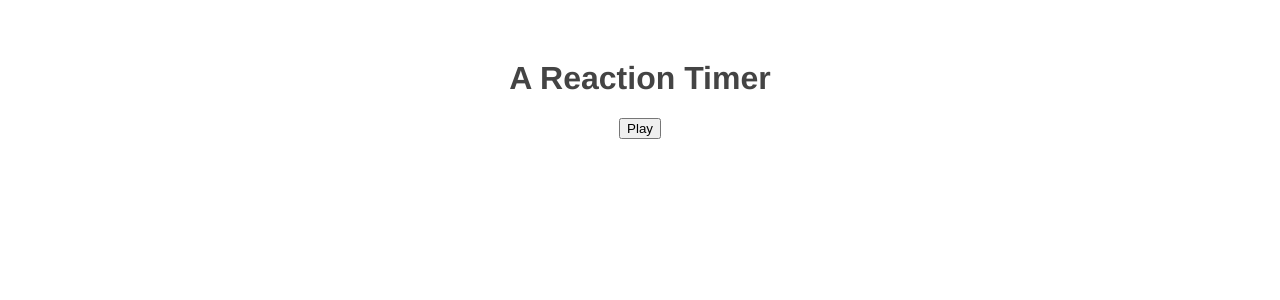
Repository: qudos4real/reaction-timer
Page: /
An editor plug-in stored every save of this project. The page is shown before and after the next save, followed by the edit.
The browser window is 1280 px wide. The pictures show the whole page.
The project was rebuilt for these pictures with package versions that can differ from the ones it lists, and the page was loaded fresh each time. Also part of the build but not shown: vue.config.js, src/components/Block.vue, src/components/Results.vue.

Above is the page before, as saved 2022-12-27 23:55:28.

### src/App.vue
<template>
 <h1>A Reaction Timer</h1>
 <button class="btn" @click="start" v-bind:disabled="isPlaying">Play</button>
 <Block v-if="isPlaying" :delay="delay" @end="endGame"/>
 <Results v-if="showResult" :score="score"/>
</template>

<script>
import Block from './components/Block.vue';
import Results from './components/Results.vue';

export default {
  name: 'App',
  components: {
    Block,
    Results
  },
  data() {
    return {
      isPlaying: false,
      delay: null,
      score: null,
      showResult: false,
    }
  },
  methods: {
    start() {
      this.isPlaying = true;
      this.delay = 1000 + Math.random() * 4000;
      this.isPlaying = true;
      this.showResult = false;
    },
    endGame(reactionTime) {
      this.isPlaying = false;
      this.score = reactionTime;
      this.showResult = true;
    }
  }
}
</script>

<style>
#app {
  font-family: Avenir, Helvetica, Arial, sans-serif;
  -webkit-font-smoothing: antialiased;
  -moz-osx-font-smoothing: grayscale;
  text-align: center;
  color: #444;
  margin-top: 60px;
}
</style>

Loaded but not shown: public/index.html (common file); src/main.js (common file)

After the next save:
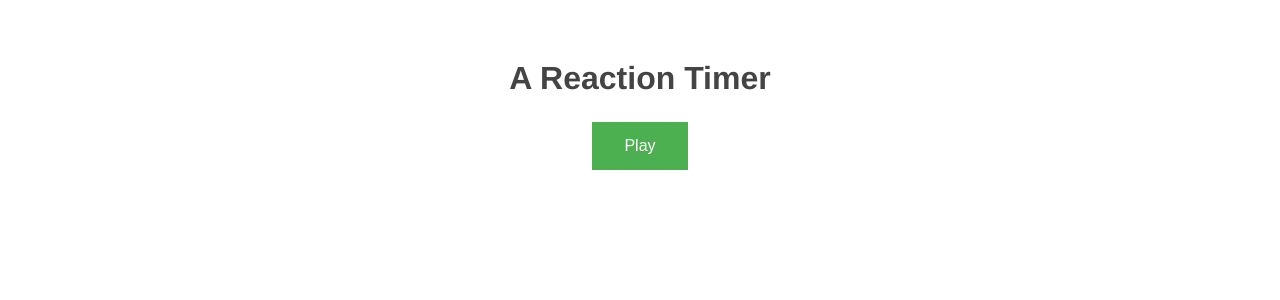
Saved 13 s later.
--- a/src/App.vue
+++ b/src/App.vue
@@ -48,4 +48,16 @@ export default {
   color: #444;
   margin-top: 60px;
 }
+.btn {
+  background-color: #4CAF50;
+  border: none;
+  color: white;
+  padding: 15px 32px;
+  text-align: center;
+  text-decoration: none;
+  display: inline-block;
+  font-size: 16px;
+  margin: 4px 2px;
+  cursor: pointer;
+}
 </style>
